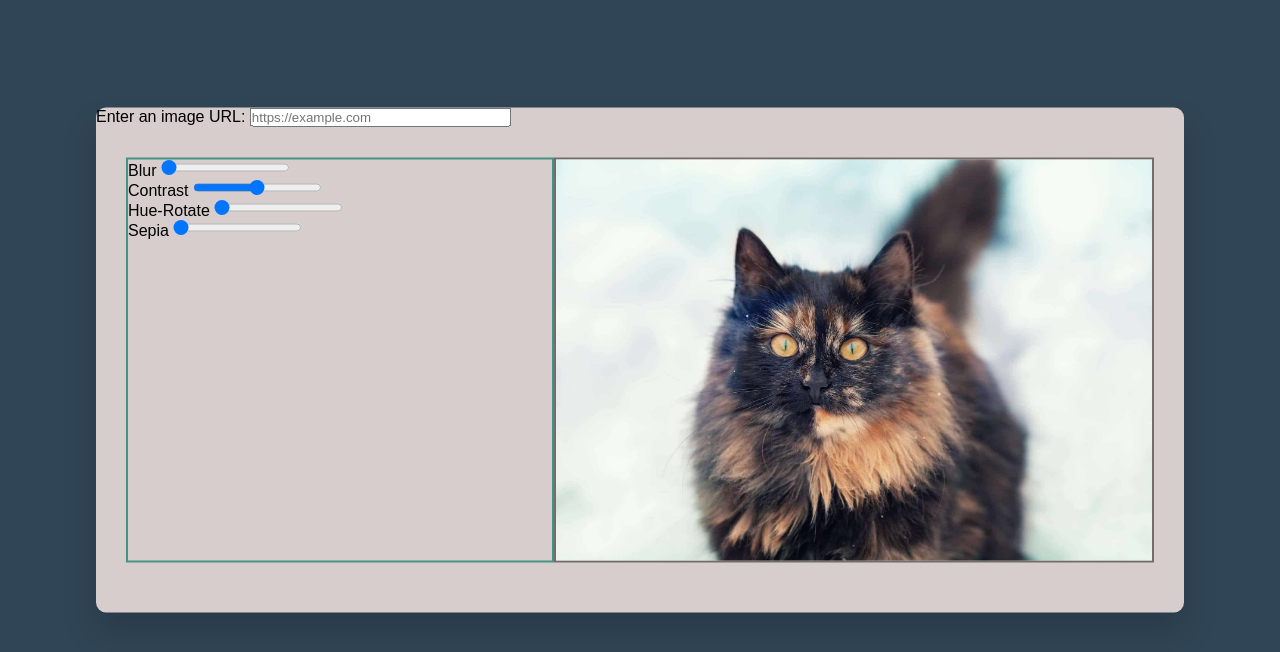
Repository: Larrowo/Challenges
Page: Photo filter/index.html
These files come from the project's save history. The page is drawn as it stood at one moment and after the next save; the edit follows.
The browser window is 1280 px wide. The pictures show the whole page.

Above is the page before, as saved 2022-04-04 11:18:12.

After the next save:
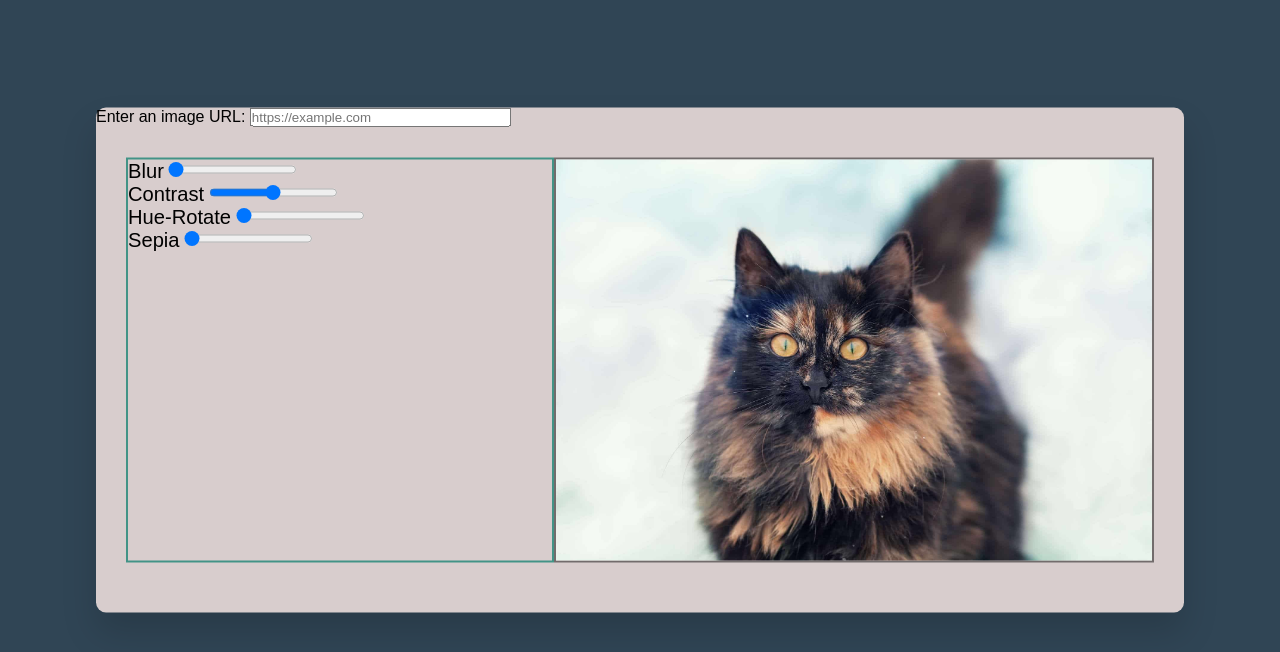
Saved 15 s later.
--- a/Photo filter/style.css
+++ b/Photo filter/style.css
@@ -36,7 +36,7 @@ body{
  }
 
  .editor label{
-     font-size:
+     font-size: 2.8vmin;
  }
 
  .results{
